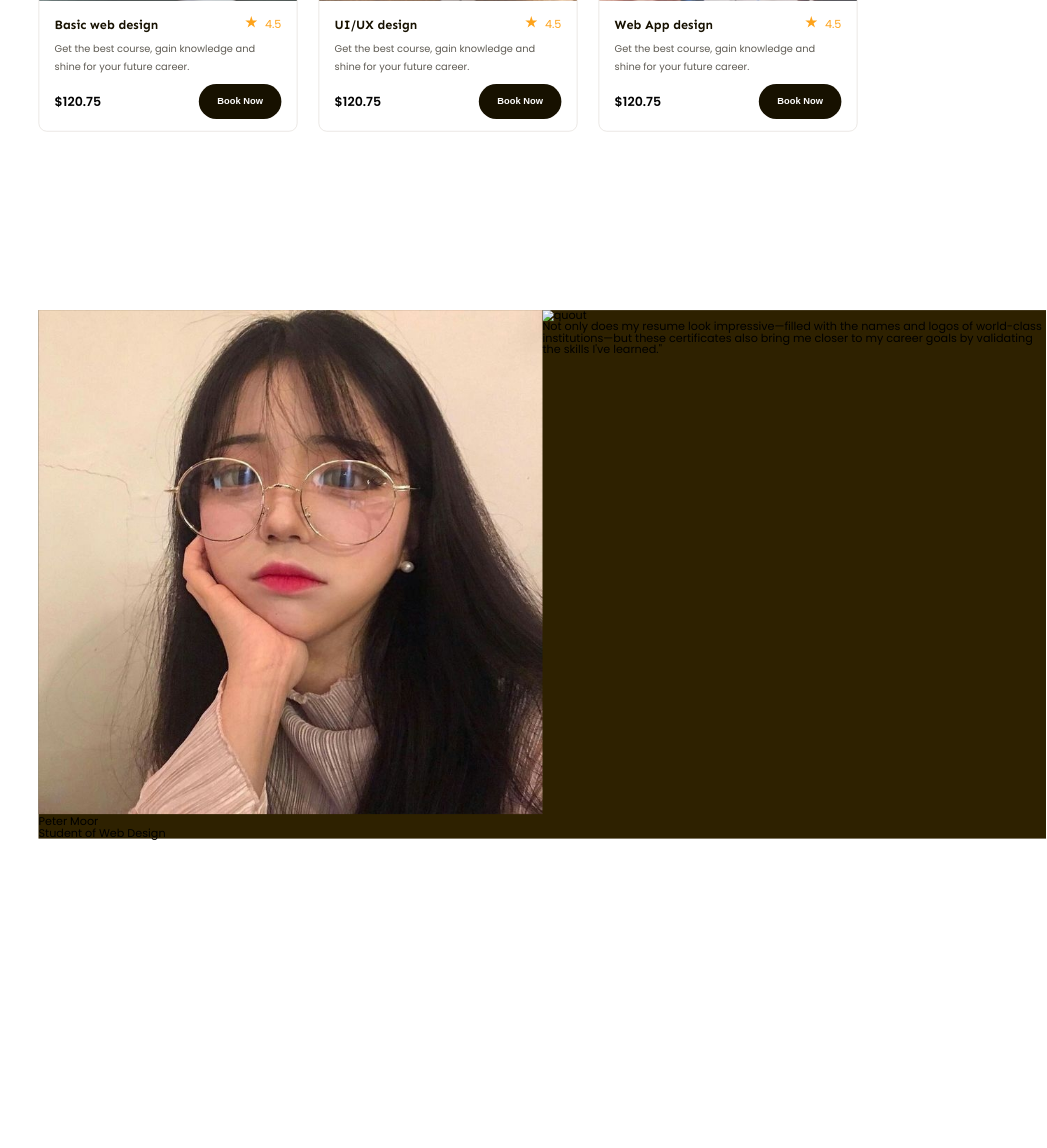
Repository: Toihoclaptrinh/duan1_figma
Page: index.html
An editor plug-in stored every save of this project. The page is shown before and after the next save, followed by the edit.
The browser window is 1280 px wide. The page is 1495 px wide, then 1280 px, so the pictures cover 1495 px, including what lies to the right of the window. The pictures show the part of the page from y = 1560 to 3200 px (the page is 10000 px tall), at 70% of full size.

Above is the page before, as saved 2024-02-09 23:13:52.

After the next save:
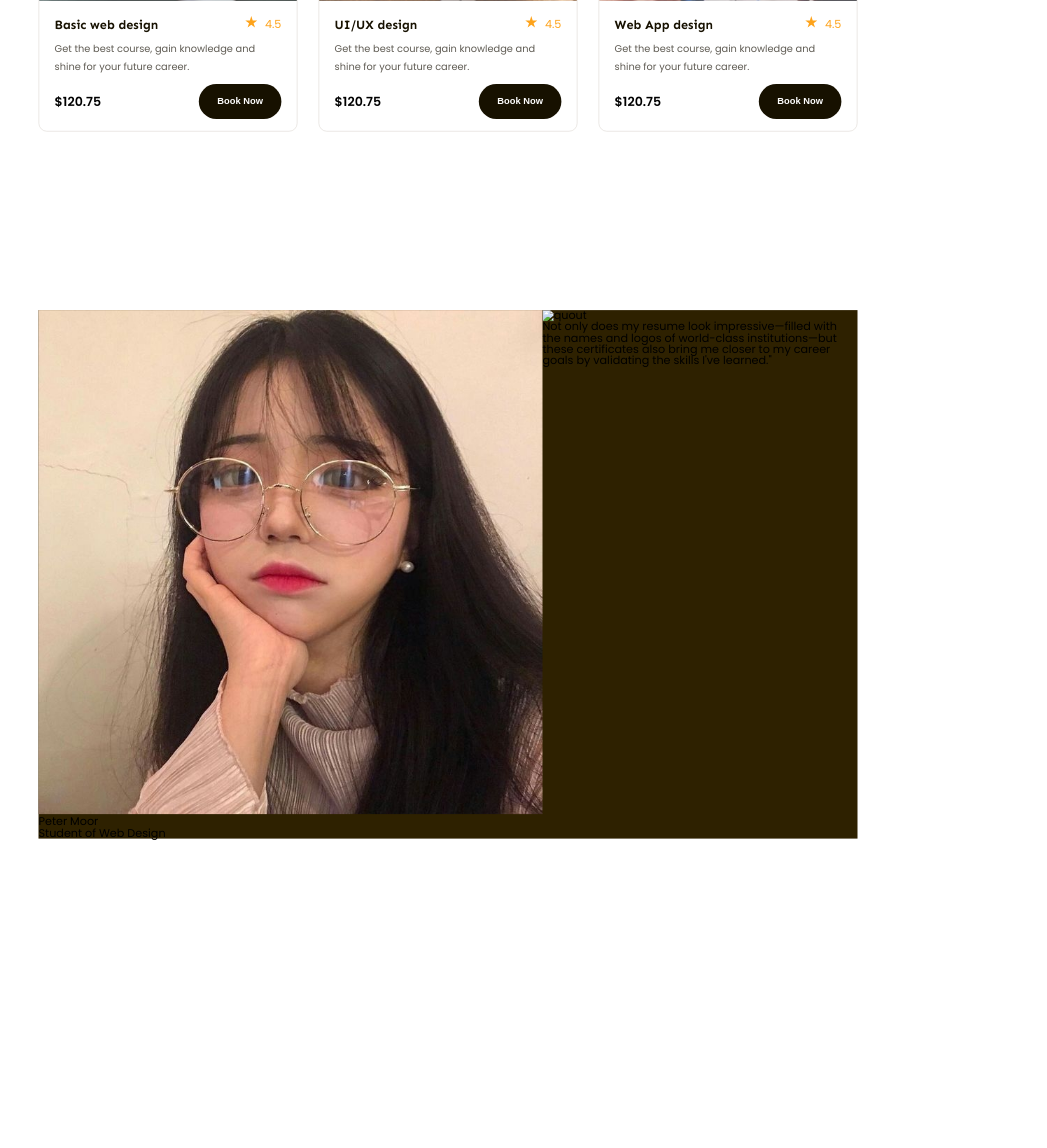
Saved 12 s later.
--- a/assets/css/style.css
+++ b/assets/css/style.css
@@ -407,7 +407,7 @@ a {
 }
 
 .feedback .feedback-items {
-  width: 1440px;
+  max-width: 1440px;
   background-color: #2e2100;
   margin-top: 200px;
 }
